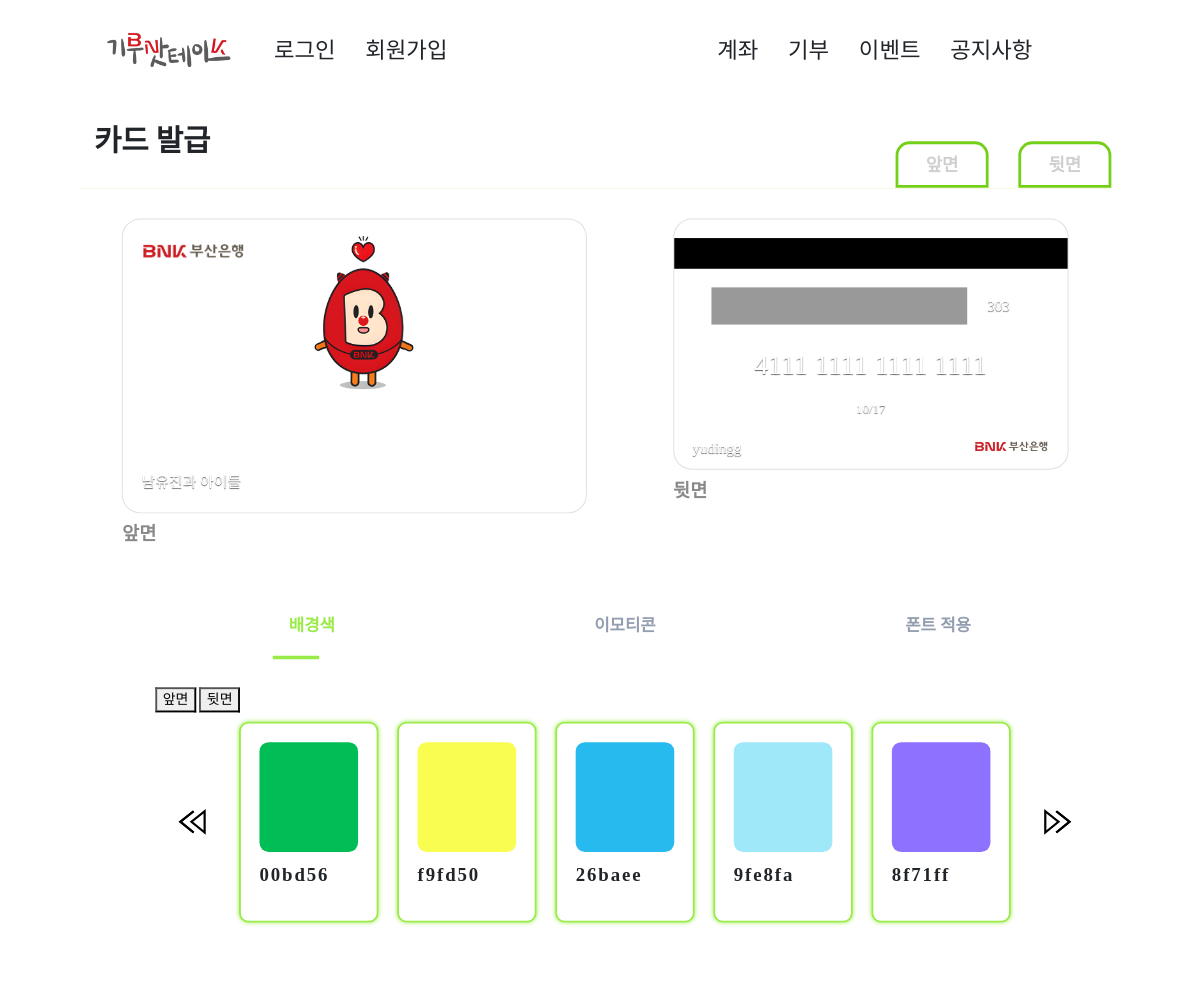
Repository: BNK-GiveNotTake/BNK-GNK-PJT
Page: http://localhost/GNT_PJT/Card/Card.jsp
An editor plug-in stored every save of this project. The page is shown before and after the next save, followed by the edit.
The browser window is 1280 px wide. The pictures show the whole page, at 93% of full size.
After loading, the first visible `div.front-card` was clicked once.
Some web fonts or font styles are not loaded; a fallback is used. The page is served by Tomcat 9. Other server files are loaded and not shown.

Above is the page before, as saved 2022-08-30 06:21:39.

### GNT_PJT/src/main/webapp/Card/Card.jsp
<%@ page language="java" contentType="text/html; charset=UTF-8"
    pageEncoding="UTF-8"%>

<%@ taglib prefix="c" uri="http://java.sun.com/jsp/jstl/core" %>
<!DOCTYPE html>

<html>
<head>
	<meta charset="UTF-8">
	<meta name="viewport" content="width=device-width, initial-scale=1">
	<title>Insert title here</title>
	<link rel="stylesheet" href="https://cdn.jsdelivr.net/npm/bootstrap@4.6.1/dist/css/bootstrap.min.css">
	<link rel="stylesheet" href="//code.jquery.com/ui/1.13.2/themes/base/jquery-ui.css">
	<script src="https://code.jquery.com/jquery-3.6.0.js"></script>
	<script src="https://code.jquery.com/ui/1.13.2/jquery-ui.js"></script>
	<script src="https://cdn.jsdelivr.net/npm/bootstrap@4.6.1/dist/js/bootstrap.bundle.min.js"></script>
	<style scoped>
		@import url("css/Card.css?ver=1");
	</style>

	<script>
		$(function() {
			$('#draggable3').click(function() {
				console.log($("containment-wrapper"))
			})
		})

		$(function() {
		    $("#draggable3").draggable({ containment: "#containment-wrapper", scroll: false });
		});

		$(window).on('load', function() {
			$('#card').addClass('loaded');
		});

		$(function() {

			$('.front-card').click(function() {
				console.log('hshahaha')
				$('#front').removeClass('card--front_small');
				$('#front').addClass('card--front');
				$('#back').removeClass('card--back_big');
				$('#back').addClass('card--back');
				$('.card-change-margin').css('margin-top', '0px');
				$('back-card').addClass('front-card')
				$(this).removeClass('front-card')
				$('front-card').removeClass('back-card')
				$(this).addClass('back-card')
			})

			$('.back-card').click(function() {
				console.log('hshahahaaaaa')
				$('#front').removeClass('card--front');
				$('#front').addClass('card--front_small');
				$('#back').removeClass('card--back');
				$('#back').addClass('card--back_big');
				$('.card-change-margin').css('margin-top', '1.2rem');
				$('front-card').addClass('back-card')
				$(this).removeClass('back-card')
				$('back-card').removeClass('front-card')
				$(this).addClass('front-card')
			})

			/* $('.font__color-black').click(function() {
				$('.back .card__ccv').css("color", "black");
				$('.back .card__owner').css("color", "black");
				$('.back .card__expiry-date').css("color", "black");
				$('.back .card__number').css("color", "black");
				$('.front .card__content').css("color", "black");
			});

			$('.font__color-white').click(function() {
				$('.back .card__ccv').css("color", "white");
				$('.back .card__owner').css("color", "white");
				$('.back .card__expiry-date').css("color", "white");
				$('.back .card__number').css("color", "white");
				$('.front .card__content').css("color", "white");
			}); */

			$('#tab3').click(function() {
				$('#card__content').focus();
			})

			$('#card__content').click(function() {
				$('#card__content').focus();
			})

			$('#backGroundColorList').on('click', '.item-gradient', function() {
				console.log($(this).text())
			})
		});

		const gradients = [
		    '00bd56', 'f9fd50',
		    '26baee', '9fe8fa',
		    '8f71ff', '8bffff',
		    'c7004c', 'ffaaaa',
		    '55968f', '8acbbb',
		    '226b80', '35b0ab',
		    '3d6cb9', '00fff0',
		    '4d3664', 'bab5f6',
		    'fa4659', 'e9007f',
		    '00b7c2', '4ef037',
		    '303481', 'a100ff',
		    'fc8a15', 'fff6a2',
		    'f9d00f', 'fbff64',
		    '295e6a', '4797b1',
		    'ff0592', 'ffbee3',
		];

		$(function() {
			var idx = 0;
			idx = showBackgroundAfter(idx);

			$('#arrow-before').click(function() {
				console.log(idx)
				idx = showBackgroundBefore(idx)
				console.log(idx)

			})

			$('#arrow-after').click(function() {
				console.log(idx)
				idx = showBackgroundAfter(idx)
				console.log(idx)
				if (idx==30) {
					idx = 0
				}
			})

		})

		const showBackgroundBefore = function(idx) {
			$('#backGroundColorList').empty()
			if (idx==0) {
				idx = 20
			} else if (idx==5) {
				idx = 25
			} else {
				idx -= 10
			}
			for(var i=idx; i<idx+5;i++){
				$('#backGroundColorList').append("<li class=item-gradient><div class=gradient style='background-color: #"+gradients[i]+";'></div><p class=start style=color: #"+gradients[i]+";>"+gradients[i]+"</p></li>")
			}
			return idx + 5
		}

		const showBackgroundAfter = function(idx) {
			$('#backGroundColorList').empty()
			for(var i=idx; i<idx+5;i++){
				$('#backGroundColorList').append("<li class=item-gradient><div class=gradient style='background-color: #"+gradients[i]+";'></div><p class=start style=color: #"+gradients[i]+";>"+gradients[i]+"</p></li>")
			}
			return idx+5
		}

	</script>
<head>
<meta charset="UTF-8">
<title>Insert title here</title>
</head>
<body>
	<div id="card">
		<div id="loader-wrapper">
			<div id="loader"></div>
			<div class="loader-section section-left"></div>
			<div class="loader-section section-right"></div>
		</div>
		<%@ include file="../Common/Nav.jsp" %><br>
		<div class="container">
			<div>
				<div class="d-flex justify-content-between align-items-end" style="border-bottom: 1px solid beige; margin-bottom: 2rem;">
					<h2 class="title">카드 발급</h2>
					<div class="d-flex">
						<div class="front-card">
							앞면
						</div>
						<div class="back-card" style="margin-left: 2rem;">
							뒷면
						</div>
					</div>
				</div>
				<div class="d-flex justify-content-around">
					<div class="front">
						<div id="front" class="card card--front">
							<div class="row" style="height: 100vh;">
								<div class="col-4 d-flex flex-column justify-content-between">
									<img class="card__logo--front" src="img/bnk_logo.png">
									<div style="margin-left: 10px; margin-bottom: 10px;">
										<span class="card__content">남유진과 아이들</span>
									</div>
								</div>
								<div class="col-8">
									<div id="containment-wrapper" style="border: none; height: 100%; padding-right: 30px;">
									  <div id="draggable3" class="draggable ui-widget-content" style="border: none; width: 40%;">
									    <img src="img/MrB.png" class="emo" style="width: 140%;">
									  </div>
									</div>
								</div>
							</div>
						</div>
						<h5 class="front__hover" style="color: #898989;"><b>앞면</b></h5>
					</div>
					<div class="back">
						<div id="back" class="card card--back">
							<div class="card__strip"></div>
							<div class="card-change-margin">
								<div class="card__signature"></div>
								<div class="card__ccv">303</div>
							</div>
							<div class="card__number">4111 1111 1111 1111</div>
							<div class="card__expiry-date">10/17</div>
							<div>
								<div class="card__owner">
									yudingg
									<img class="card__logo--back" src="img/bnk_logo.png">
								</div>
							</div>
						</div>
						<h5 class="back__hover" style="color: #898989;"><b>뒷면</b></h5>
					</div>
				</div>
				<div class="tabs">
				  <input type="radio" id="tab1" name="tab-control" checked>
				  <input type="radio" id="tab2" name="tab-control">
				  <input type="radio" id="tab3" name="tab-control">
				  <ul>
				    <li title="Background"><label for="tab1" role="button"><br><span>배경색</span></label></li>
				    <li title="Emoticon"><label for="tab2" role="button"><br><span>이모티콘</span></label></li>
				    <li title="Font"><label for="tab3" role="button"><br><span>폰트 적용</span></label></li>
				  </ul>

				  <div class="slider"><div class="indicator"></div></div>
				  <div class="content" style="padding-bottom: 5rem;">
				    <section>
						<h2>Background</h2>
						<button>앞면</button>
						<button>뒷면</button>
						<div class="d-flex">
							<svg id="arrow-before" width="18px" height="17px" viewBox="0 0 18 17" version="1.1" xmlns="http://www.w3.org/2000/svg" xmlns:xlink="http://www.w3.org/1999/xlink">
							    <g id="prev" transform="translate(8.500000, 8.500000) scale(-1, 1) translate(-8.500000, -8.500000)">
							        <polygon class="arrow" points="16.3746667 8.33860465 7.76133333 15.3067621 6.904 14.3175671 14.2906667 8.34246869 6.908 2.42790698 7.76 1.43613596"></polygon>
							        <polygon class="arrow-fixed" points="16.3746667 8.33860465 7.76133333 15.3067621 6.904 14.3175671 14.2906667 8.34246869 6.908 2.42790698 7.76 1.43613596"></polygon>
							        <path d="M-1.48029737e-15,0.56157424 L-1.48029737e-15,16.1929159 L9.708,8.33860465 L-2.66453526e-15,0.56157424 L-1.48029737e-15,0.56157424 Z M1.33333333,3.30246869 L7.62533333,8.34246869 L1.33333333,13.4327013 L1.33333333,3.30246869 L1.33333333,3.30246869 Z"></path>
								</g>
							</svg>

							<div id="backGroundColorList" class="d-flex">
							</div>
							<svg id="arrow-after" width="18px" height="17px" viewBox="-1 0 18 17" version="1.1" xmlns="http://www.w3.org/2000/svg" xmlns:xlink="http://www.w3.org/1999/xlink">
							    <g>
							        <polygon class="arrow" points="16.3746667 8.33860465 7.76133333 15.3067621 6.904 14.3175671 14.2906667 8.34246869 6.908 2.42790698 7.76 1.43613596"></polygon>
							        <polygon class="arrow-fixed" points="16.3746667 8.33860465 7.76133333 15.3067621 6.904 14.3175671 14.2906667 8.34246869 6.908 2.42790698 7.76 1.43613596"></polygon>
							        <path d="M-4.58892184e-16,0.56157424 L-4.58892184e-16,16.1929159 L9.708,8.33860465 L-1.64313008e-15,0.56157424 L-4.58892184e-16,0.56157424 Z M1.33333333,3.30246869 L7.62533333,8.34246869 L1.33333333,13.4327013 L1.33333333,3.30246869 L1.33333333,3.30246869 Z"></path>
							    </g>
							</svg>
						</div>
			      	</section>
			        <section>
						<h2>Emoticon</h2>
						Lorem ipsum dolor sit amet, consectetur adipisicing elit. Autem quas adipisci a accusantium eius ut voluptatibus ad impedit nulla, ipsa qui. Quasi temporibus eos commodi aliquid impedit amet, similique nulla.
		          	</section>
			        <section>
						<h2>Font</h2>
		          	</section>
					</div>
				</div>
			</div>
		</div>
	</div>
</body>
</html>

### GNT_PJT/src/main/webapp/Common/Nav.jsp
<%@ page language="java" contentType="text/html; charset=UTF-8"
    pageEncoding="UTF-8"%>
<!DOCTYPE html>
<html>
<head>
	<meta charset="UTF-8">
	<title>Insert title here</title>
	<style scoped>
		@import url("../Common/css/Nav.css?ver=1");
	</style>
	<link rel="stylesheet" href="https://cdn.jsdelivr.net/npm/bootstrap@4.6.1/dist/css/bootstrap.min.css">
	<link rel="stylesheet" href="//code.jquery.com/ui/1.13.2/themes/base/jquery-ui.css">
	<script src="https://code.jquery.com/jquery-3.6.0.js"></script>
	<script src="https://code.jquery.com/ui/1.13.2/jquery-ui.js"></script>
	<script src="https://cdn.jsdelivr.net/npm/bootstrap@4.6.1/dist/js/bootstrap.bundle.min.js"></script>
	<script src="https://unpkg.com/sweetalert/dist/sweetalert.min.js"></script>
	<script>
		$(function() {

			if(localStorage.getItem('user')===null) {
				$('#login').css('display', 'block')
				$('#signup').css('display', 'block')
				$('#logout').css('display', 'none')
				$('.nav-inner #card').css('display', 'none')

			} else {
				$('#login').css('display', 'none')
				$('#signup').css('display', 'none')
				$('#logout').css('display', 'block')
				$('.nav-inner #card').css('display', 'block')
			}


			$('.logo').click(function() {
				location.href="../Main/Home.html"
			})

			$('.nav-inner #main').click(function() {
				location.href="../Main/Main.jsp"
			})

			$('.nav-inner #donation').click(function() {
				location.href="../Donation/Donation.jsp"
			})

			$('.nav-inner #card').click(function() {
				location.href="../Card/Card.jsp"
			})

			$('.nav-inner #notice').click(function() {
				location.href="../Notice/Notice.jsp"
			})

			$('.nav-inner #event').click(function() {
				location.href="../Event/Event.jsp"
			})
		})

		$(function() {
			$('#login').click(function() {
				location.href="../Main/LogIn.jsp"
			})

			$('#signup').click(function() {
				location.href="../Main/SignUp.jsp"
			})

			$('#logout').click(function() {
				localStorage.clear();
				location.href = "../Main/Main.jsp"
			})

		})


	</script>
</head>

<body>
	<div class="nav row">
        <div class="nav-inner offset-1 col-4">
        	<img class="logo" src="../Common/img/logo.png">
       		<span id="login">로그인</span>
       		<span id="signup">회원가입</span>
       		<span id="logout">로그아웃</span>
       	</div>
        <div class="nav-inner offset-2 col-4">
        	<span id="main">계좌</span>
       		<span id="donation">기부</span>
       		<span id="card">카드발급</span>
       		<span id="event">이벤트</span>
       		<span id="notice">공지사항</span>
       	</div>
    </div>

</body>
</html>

### GNT_PJT/src/main/webapp/Common/css/Nav.css
@charset "utf-8";

@font-face {
    font-family: 'Happiness-Sans-Title';
    src: url('https://cdn.jsdelivr.net/gh/projectnoonnu/noonfonts_2205@1.0/Happiness-Sans-Title.woff2') format('woff2');
    font-weight: normal;
    font-style: normal;
}

@font-face {
    font-family: 'Katuri';
    src: url('https://cdn.jsdelivr.net/gh/projectnoonnu/noonfonts_13@1.0/Katuri.woff') format('woff');
    font-weight: normal;
    font-style: normal;
}

.nav {
    width: 99vw;
    height: 15vh;
    font-family: 'Katuri';
    font-size: large;
}

.logo {
	width: 40%;
	cursor: pointer;
}

.nav-inner {
	display: flex;
    justify-content: flex-start;
    align-items: center;
}

.nav-inner span {
	cursor: pointer;
	margin-left: 2rem;
	font-size: x-large;
}

Loaded but not shown: GNT_PJT/src/main/webapp/Card/css/Card.css (552 lines, source omitted)

After the next save:
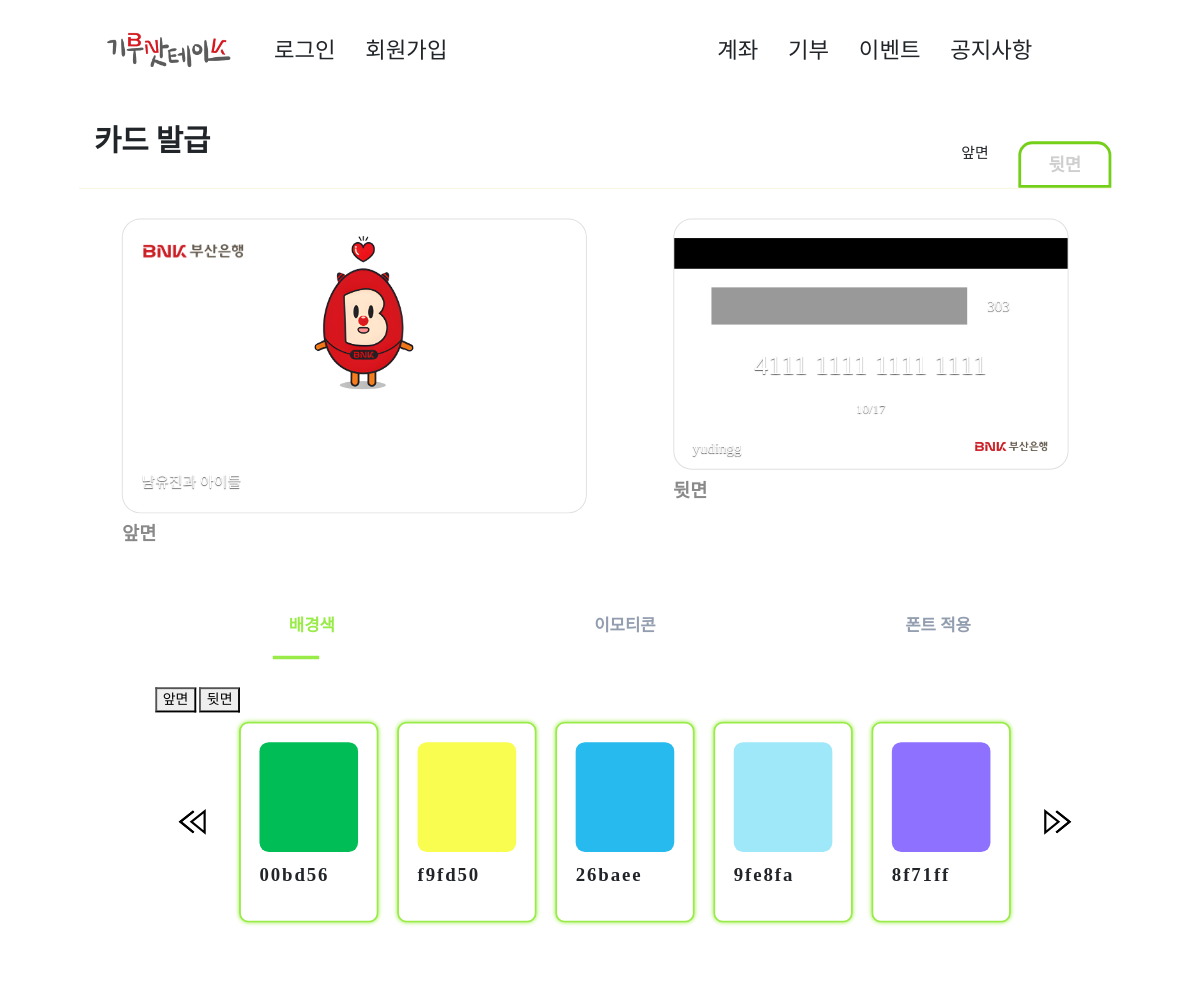
Saved 55 s later.
--- a/GNT_PJT/src/main/webapp/Card/Card.jsp
+++ b/GNT_PJT/src/main/webapp/Card/Card.jsp
@@ -44,8 +44,8 @@
 				$('.card-change-margin').css('margin-top', '0px');
 				$('back-card').addClass('front-card')
 				$(this).removeClass('front-card')
-				$('front-card').removeClass('back-card')
-				$(this).addClass('back-card')
+				/* $('front-card').removeClass('back-card')
+				$(this).addClass('back-card') */
 			})
 
 			$('.back-card').click(function() {
